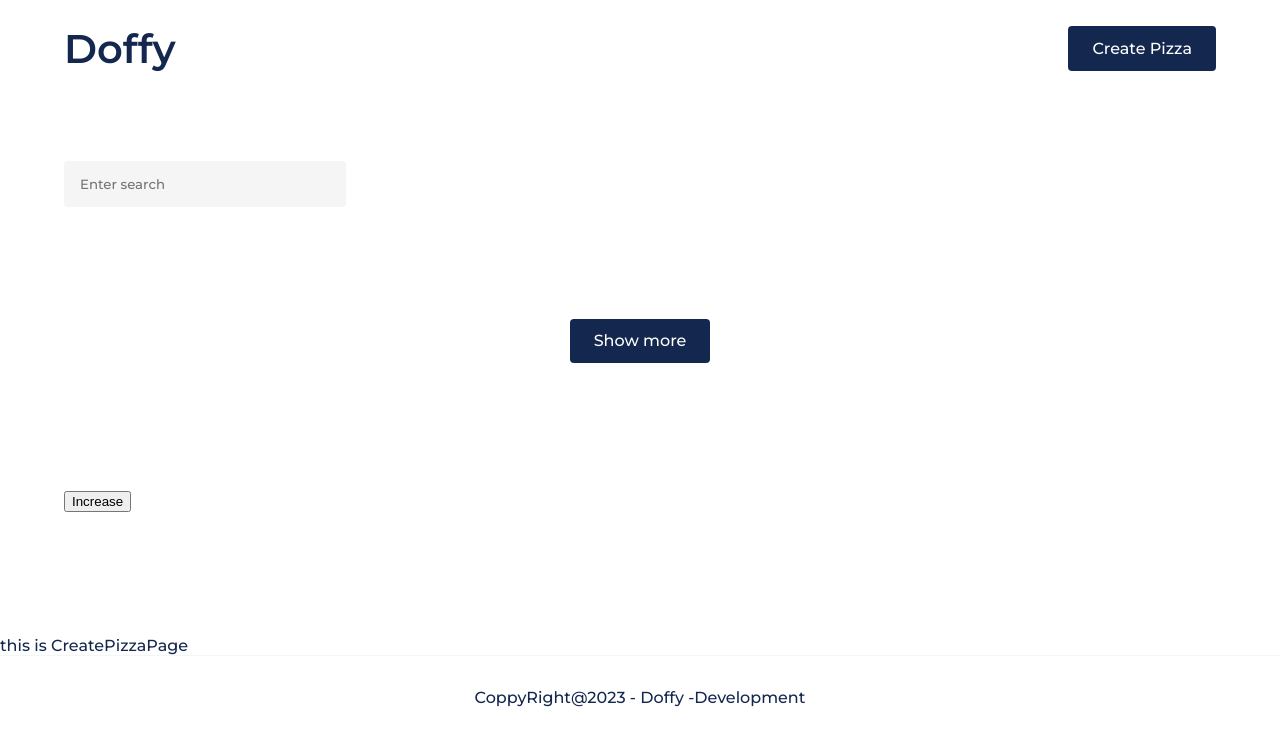
Repository: 16-Doffy/Pizza-Store
Page: /
An editor plug-in stored every save of this project. The page is shown before and after the next save, followed by the edit.
The browser window is 1280 px wide. The pictures show the whole page.
The page's requests for data from a server got no answer. The project was rebuilt for these pictures with package versions that can differ from the ones it lists, and the page was loaded fresh each time. No one was signed in, and anything a server would have sent is missing. Also part of the build but not shown: webpack.config.js, src/icon/IcSpinner.tsx, src/sections/CardPizza.tsx.

Above is the page before, as saved 2025-02-07 21:43:43.

After the next save:
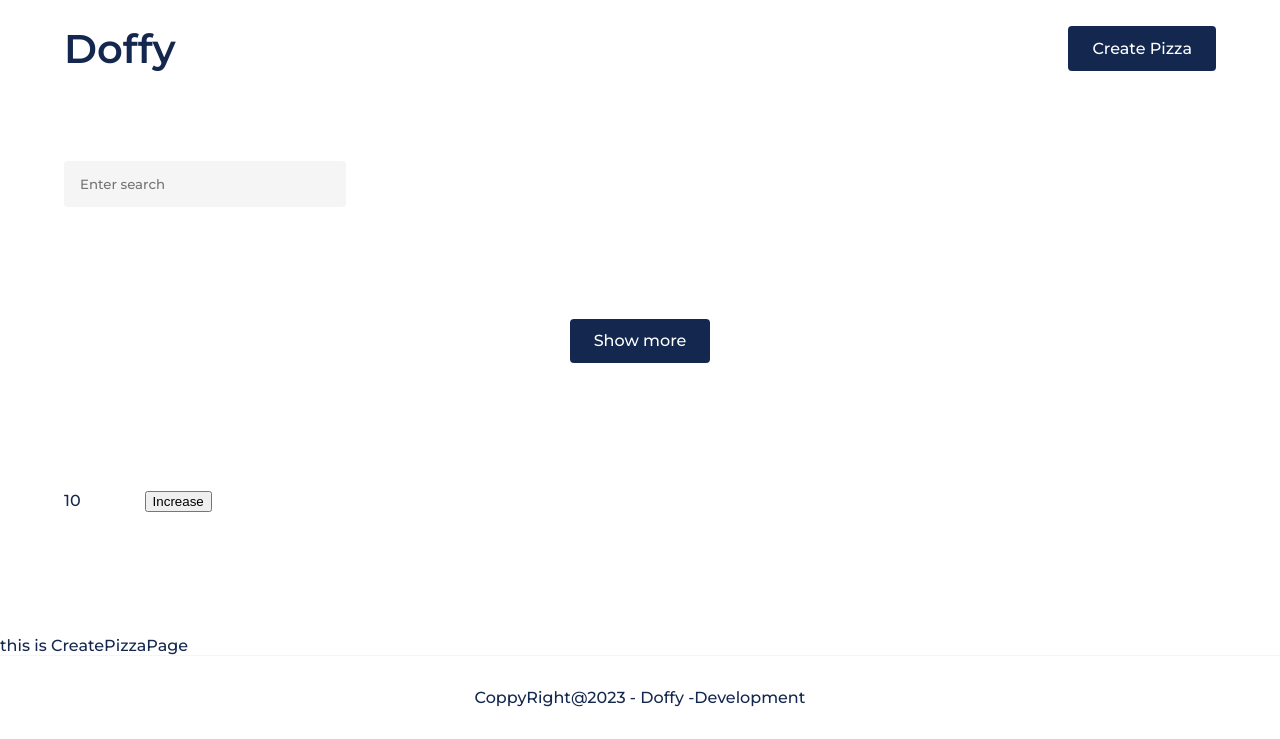
Saved 76 s later.
--- a/src/pages/HomePage.tsx
+++ b/src/pages/HomePage.tsx
@@ -112,6 +112,8 @@ const tinhTong = useMemo (() => {
         <div style={{display:'flex', width:'100%',justifyContent:'center'}}>
         <ButtonField> Show more</ButtonField>
         </div>
+        {tinhTong}
+        {count}
         <button onClick={() => setCount (count + 1)}>Increase</button>
       </div>
     </div>
